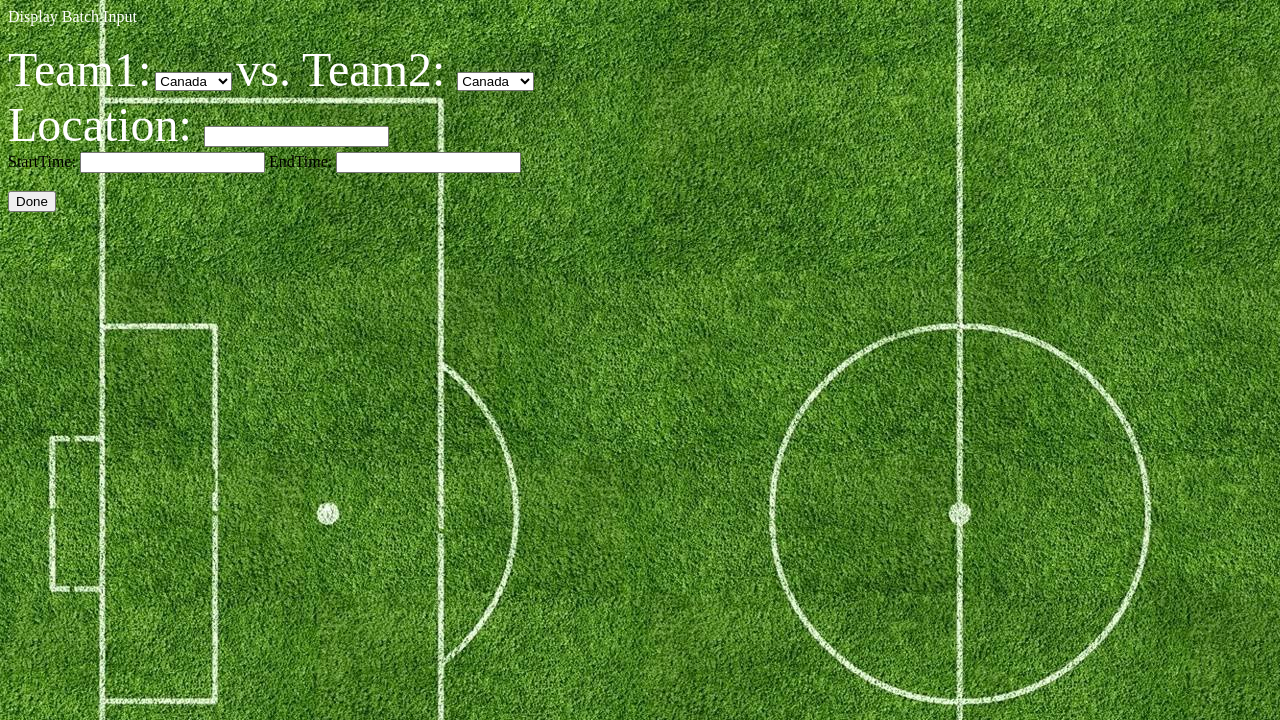
Repository: FredGlozman/SwiftScore
Page: SwiftScore/Batch.html
The author's editor kept a copy of each file at every save. The page is drawn from the files as they stood at one save, then again after the next save.
The browser window is 1280 px wide. The pictures show the whole page.

Above is the page before, as saved 2015-12-03 12:30:03.

### SwiftScore/Batch.html
<html>
<style>
p {
	color: white;
}
</style>
<head>
<title>Batch Input Mode</title>
</head>
<body background="soccer.jpg">
<p>
Display Batch Input
</p>
<form action="Batch.php" method="post">
<font color="white" size = 30x >Team1:</font>
<select>
	<option name="team1" value="Canada">Canada</option>
	<option name="team1" value="Germany">Germany</option>
	<option name="team1" value="Italy">Italy</option>
</select>
<font color="white" size = 30x >vs.
Team2: </font>
<select>
	<option name="team2" value="Canada">Canada</option>
	<option name="team2" value="Germany">Germany</option>
	<option name="team2" value="Italy">Italy</option>
</select>
<br>
<font color="white" size = 30x >Location: </font><input type="text" name="location">
<br>
StartTime: <input type="text" name="startTime"> EndTime: <input type="text" name="endTime">
<br><br>
<input type= "submit" value= "Done">
</form>
</body>
</html>

After the next save:
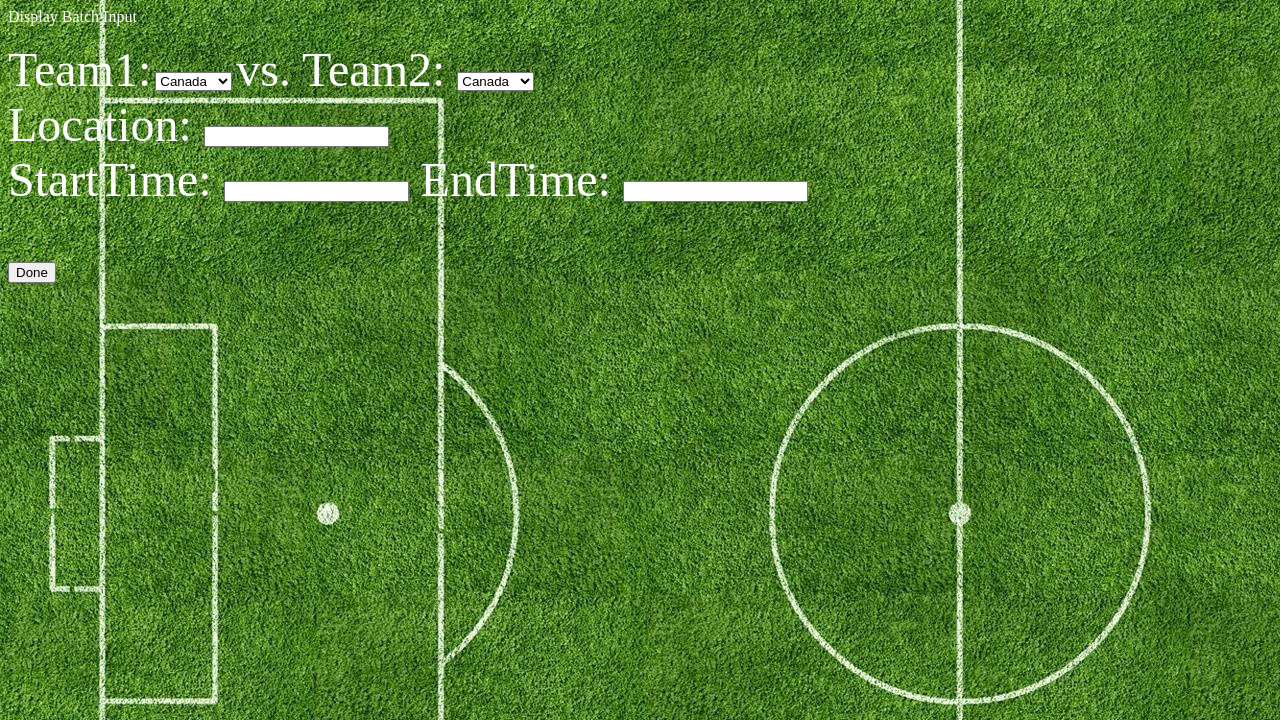
Saved 8 s later.
--- a/SwiftScore/Batch.html
+++ b/SwiftScore/Batch.html
@@ -28,7 +28,7 @@ Team2: </font>
 <br>
 <font color="white" size = 30x >Location: </font><input type="text" name="location">
 <br>
-StartTime: <input type="text" name="startTime"> EndTime: <input type="text" name="endTime">
+<font color="white" size = 30x >StartTime: <input type="text" name="startTime"> EndTime: <input type="text" name="endTime">
 <br><br>
 <input type= "submit" value= "Done">
 </form>
